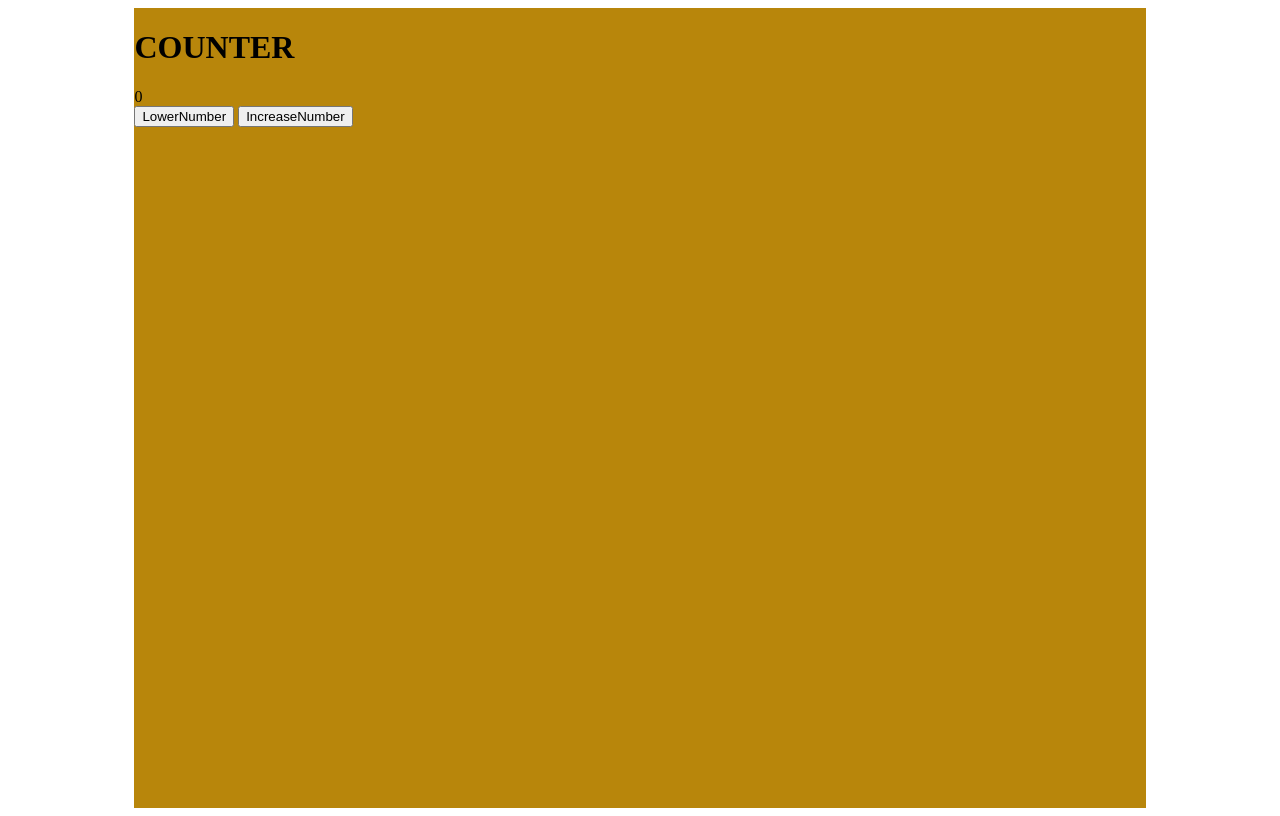
Repository: Sgalstyan06/counterNum
Page: index.html
An editor plug-in stored every save of this project. The page is shown before and after a run of saves, followed by the edit.
The browser window is 1280 px wide. The pictures show the whole page.

Above is the page before, as saved 2022-02-14 16:42:18.

### index.html
<!DOCTYPE html>
<html lang="en">
<head>
    <meta charset="UTF-8">
    <meta http-equiv="X-UA-Compatible" content="IE=edge">
    <meta name="viewport" content="width=device-width, initial-scale=1.0">
    <title>Document</title>
    <link rel="stylesheet" href="./style.css">
</head>
<body>
    <div class="main">
        <div><h1>COUNTER</h1></div>

        <div class="result">0</div>
        <div>
            <button class="LowerNumber">LowerNumber</button>
            <button class="IncreaseNumber">IncreaseNumber</button>
        </div>
    </div>
    <script src="./script.js"></script>
</body>
</html>

### style.css
.main{
    width: 80%;
    height: 800px;
    margin: 0 auto;
    background-color: darkgoldenrod;
    display: flex;
    flex-direction: column;
}

Loaded but not shown: script.js (no stored copy; drawn as an empty file)

After the next 2 saves:
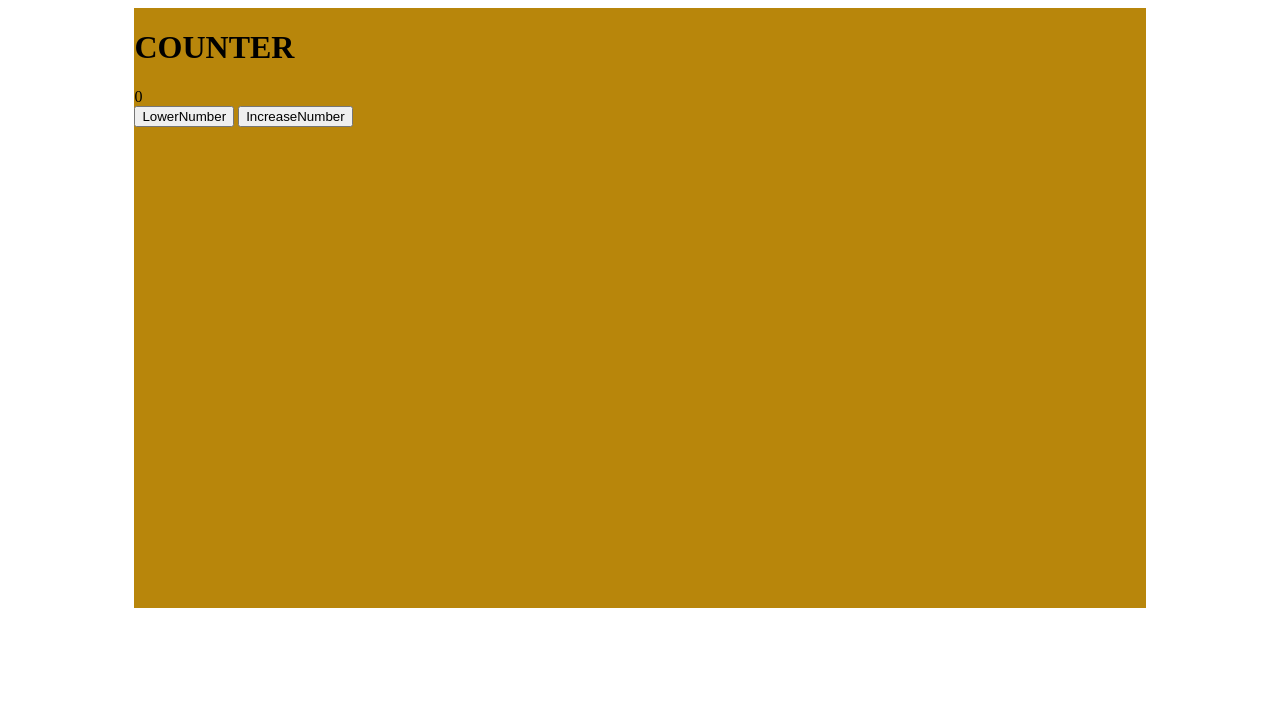
The 2 saves are shown as one change because they came seconds apart.
The last was saved 3 min 0 s later.
--- a/style.css
+++ b/style.css
@@ -1,6 +1,6 @@
 .main{
     width: 80%;
-    height: 800px;
+    height: 600px;
     margin: 0 auto;
     background-color: darkgoldenrod;
     display: flex;
